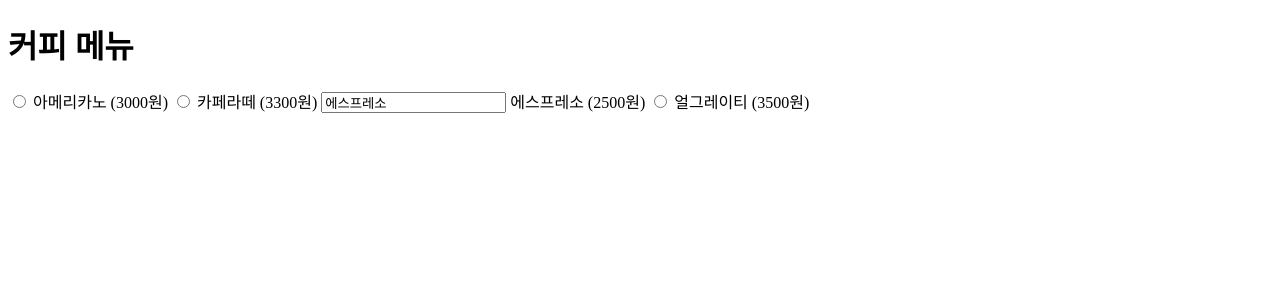
Repository: junirang330/Jsp2026
Page: http://localhost/chapter01/coffee/Coffee.jsp
The author's editor kept a copy of each file at every save. The page is drawn from the files as they stood at one save, then again after the next save.
The browser window is 1280 px wide. The pictures show the whole page.
The page is served by Tomcat 9.

Above is the page before, as saved 2026-10-19 08:52:10.

After the next save:
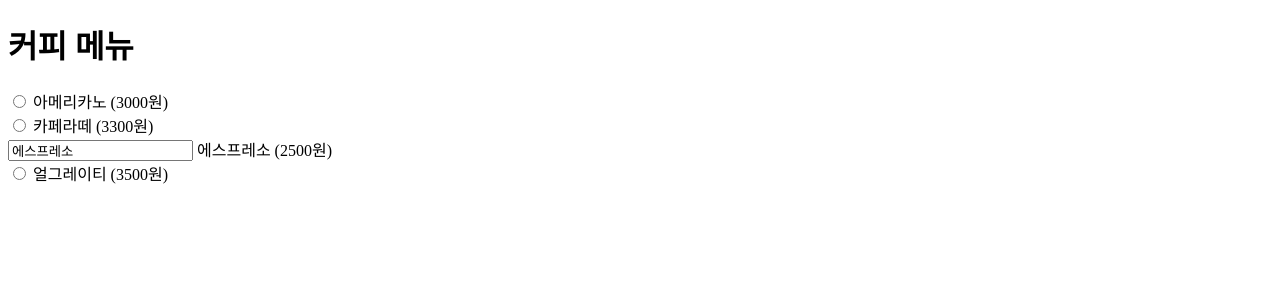
Saved 25 s later.
--- a/chapter01/src/main/webapp/coffee/Coffee.jsp
+++ b/chapter01/src/main/webapp/coffee/Coffee.jsp
@@ -9,13 +9,13 @@
 <body>
 	<h1>커피 메뉴</h1>
 	<input type = "radio" name = "coffee_type" value = "아메리카노" id = "ame"/>
-	<label for = "ame">아메리카노 (3000원)</label>
+	<label for = "ame">아메리카노 (3000원)</label><br/>
 	<input type = "radio" name = "coffee_type" value = "카페라떼" id = "latte"/>
-	<label for = "ame">카페라떼 (3300원)</label>
+	<label for = "ame">카페라떼 (3300원)</label><br/>
 	<input type = "latte" name = "coffee_type" value = "에스프레소" id = "espresso"/>
-	<label for = "espresso">에스프레소 (2500원)</label>
+	<label for = "espresso">에스프레소 (2500원)</label><br/>
 	<input type = "radio" name = "coffee_type" value = "얼그레이티" id = "tea"/>
-	<label for = "tea">얼그레이티 (3500원)</label>
+	<label for = "tea">얼그레이티 (3500원)</label><br/>
 
 
 
